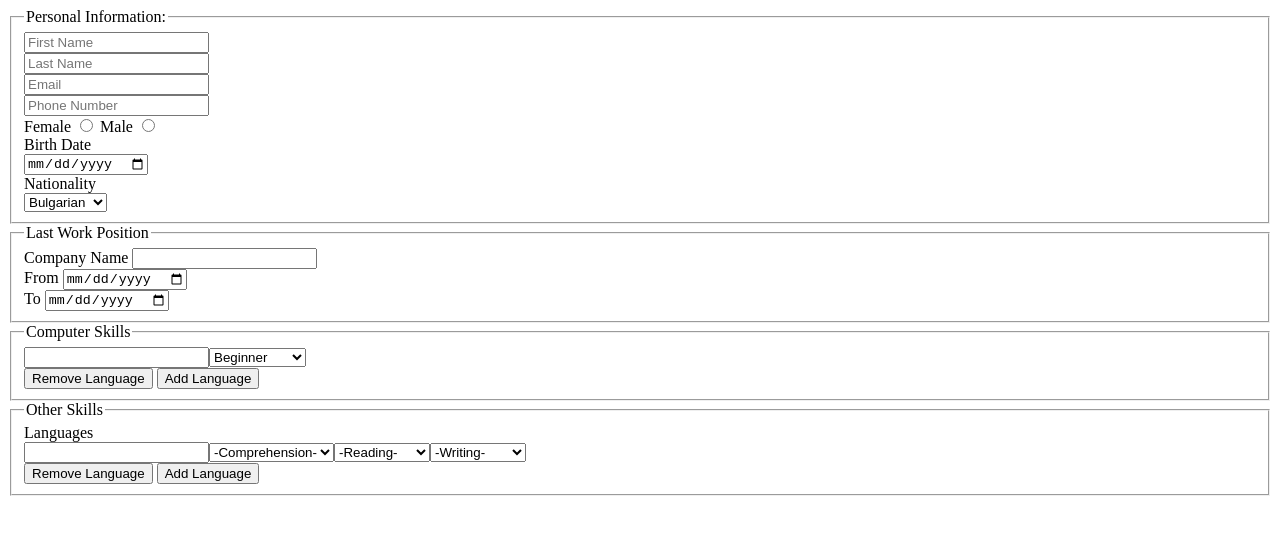
Repository: zhanivanov/PHP_Basics_Course_Homework
Page: http://localhost/5.CVGenerator/CVGenerator.php
An editor plug-in stored every save of this project. The page is shown before and after the next save, followed by the edit.
The browser window is 1280 px wide. The pictures show the whole page.
The page is run by PHP 8.4 with error messages shown; the project is at /var/www/html/.

Above is the page before, as saved 2014-08-21 16:18:32.

### PHP_Working_With_Forms/5.CVGenerator/CVGenerator.php
<!DOCTYPE html>
<html>
    <head>
        <title>CVGenerator</title>
        <script>
          var idCounter = 0;
             function addLang() {
                        var myDiv = document.createElement("div");
                        myDiv.setAttribute("id", "inputBox" + idCounter);
                        idCounter++;
                        myDiv.innerHTML = '<input type="text" name="progLanguages[]" id="prog-langs" required="true"/>' +
                            '<select name="level[]" id="level" required="true">' +
                        '<option value="Beginner">Beginner</option>' +
                        '<option value="Programmer">Programmer</option>' +
                        '<option value="Ninja">Ninja</option>' +
                        '</select>' +
                        '<br/>';
                        document.getElementById("programming").appendChild(myDiv);
            }
            function removeLang(){
                var divRem = document.getElementById('inputBox'+(idCounter-1));
                idCounter--;
                document.getElementById('programming').removeChild(divRem);
            }
            var otherCounter = 0;
            function addOther(){
                var myDiv = document.createElement("div");
                myDiv.setAttribute("id","inputField"+otherCounter);
                otherCounter++;
                myDiv.innerHTML = '<input type="text" name="languages[]" id="languages"/>'+
                    '<select name="comprehension[]">'+
                        '<option value="default">-Comprehension-</option>'+
                        '<option value="beginner">beginner</option>'+
                        '<option value="intermediate">intermediate</option>'+
                        '<option value="advanced">advanced</option>'+
                   '</select>'+
                    '<select name="reading[]">'+
                        '<option value="default">-Reading-</option>'+
                        '<option value="beginner">beginner</option>'+
                        '<option value="intermediate">intermediate</option>'+
                       '<option value="advanced">advanced</option>'+
                    '</select>'+
                    '<select name="writing[]">'+
                        '<option value="default">-Writing-</option>'+
                        '<option value="beginner">beginner</option>'+
                        '<option value="intermediate">intermediate</option>'+
                        '<option value="advanced">advanced</option>'+
                    '</select>';
                document.getElementById('other').appendChild(myDiv);
            }
            function removeOther(){
                var divRem = document.getElementById('inputField'+(otherCounter-1));
                otherCounter--;
                document.getElementById('other').removeChild(divRem);
            }
        </script>
    </head>
    <body>
        <form method="post">
             <fieldset>
                  <legend>Personal Information:</legend>
                  <input type="text" name="fname" placeholder="First Name"/>
                  <br />
                  <input type="text" name="lname" placeholder="Last Name"/>
                  <br />
                  <input type="email" name="email" placeholder="Email"/>
                  <br />
                  <input type="text" name="number" placeholder="Phone Number"/>
                  <br />
                  <label for="female">Female</label>
                  <input type="radio" name="gender" id="female" value="Female"/>
                  <label for"male">Male</label>
                  <input type="radio" name="gender" id="male" value="Male"/>
                  <br />
                  <label for="bday">Birth Date</label>
                  <br />
                  <input type="date" name="birthDate" id="bday"/>
                  <br />
                  <label for="nationality">Nationality</label>
                  <br />
                  <select name="nationality">
                      <option value="bulgarian">Bulgarian</option>
                      <option value="indian">Indian</option>
                      <option value="romanian">Romanian</option>
                      <option value="french">French</option>
                  </select>
             </fieldset>
             <fieldset>
                 <legend>Last Work Position</legend>
                 <label for="company-name">Company Name</label>
                 <input type="text" name="company" id="company-name"/>
                 <br />
                 <label for="from-date">From</label>
                 <input type="date" name="fromDate" id="from-date"/>
                 <br />
                  <label for="to-date">To</label>
                 <input type="date" name="toDate" id="to-date"/>
             </fieldset>

             <fieldset>
                 <legend>Computer Skills</legend>
                 <div id="programming">
                     <script>addLang();</script>
                 </div>
                 <input type="button" onclick="removeLang()" value="Remove Language"/>
                 <input type="button" onclick="addLang()" value="Add Language"/>
             </fieldset>


            <fieldset>
				<legend>
					Other Skills
				</legend>
				<label for="languages">Languages</label>
				<br />
				<div id="other">
				    <script>addOther();</script>
			    </div>
				<input type="button" onclick="removeOther()" value="Remove Language"/>
				<input type="button" onclick="addOther()" value="Add Language"/>
			</fieldset>
        </form>
    </body>
</html>

After the next save:
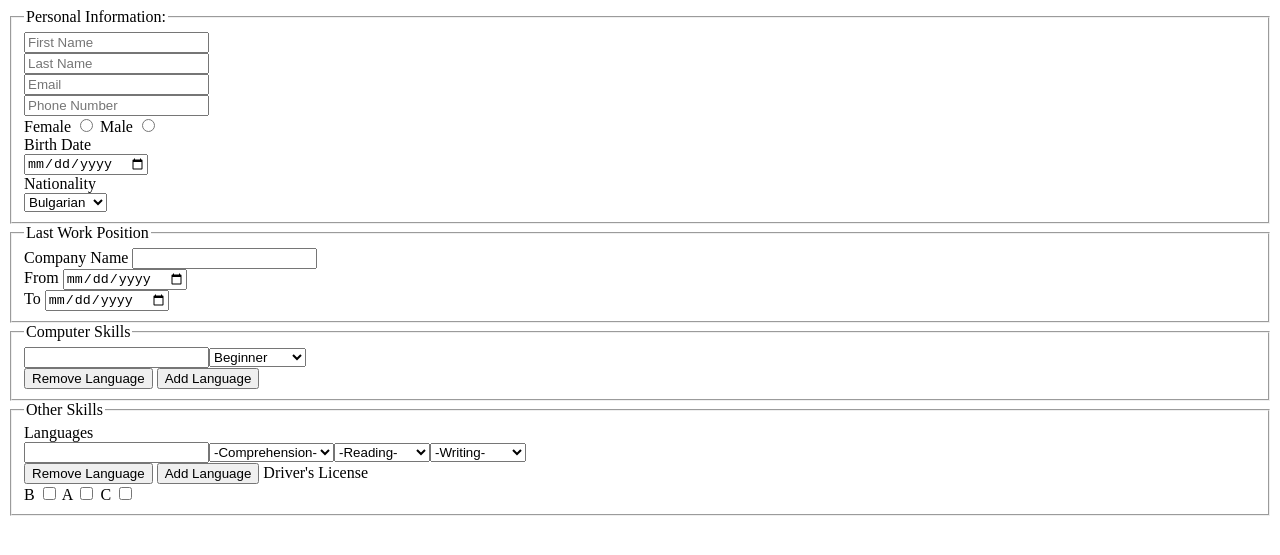
Saved 3 min 1 s later.
--- a/PHP_Working_With_Forms/5.CVGenerator/CVGenerator.php
+++ b/PHP_Working_With_Forms/5.CVGenerator/CVGenerator.php
@@ -118,6 +118,15 @@
 			    </div>
 				<input type="button" onclick="removeOther()" value="Remove Language"/>
 				<input type="button" onclick="addOther()" value="Add Language"/>
+
+		        <label>Driver's License</label>
+		        <br />
+		        <label for="b">B</label>
+		        <input type="checkbox" name="license[]" id="b"/>
+		        <label for="a">A</label>
+                <input type="checkbox" name="license[]" id="a"/>
+                <label for="c">C</label>
+                <input type="checkbox" name="license[]" id="c"/>
 			</fieldset>
         </form>
     </body>
